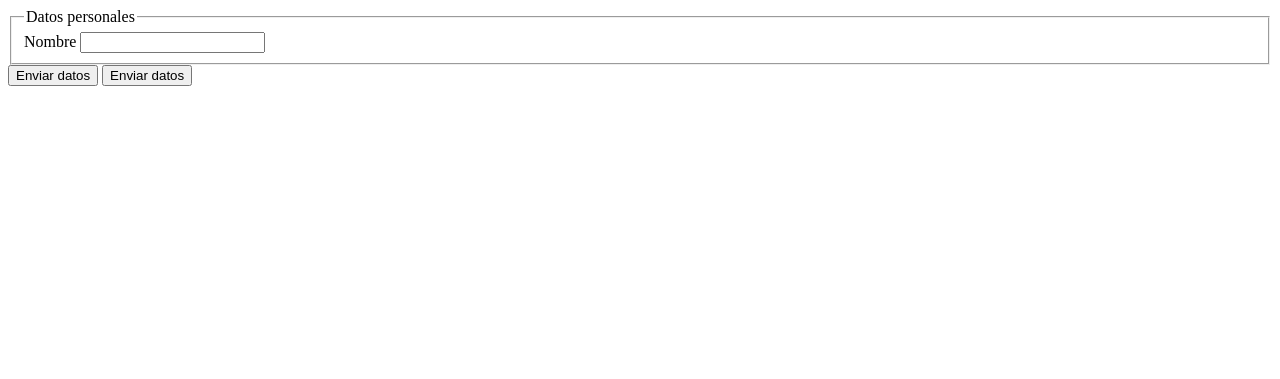
Repository: Daniel-gc271/Acceso-a-datos
Page: webapp-example/src/main/webapp/Ej5-post.html
These files come from the project's save history. The page is drawn as it stood at one moment and after the next save; the edit follows.
The browser window is 1280 px wide. The pictures show the whole page.

Above is the page before, as saved 2026-10-05 09:57:34.

### webapp-example/src/main/webapp/Ej5-post.html
<!DOCTYPE html>
<html>
<head>
<meta charset="UTF-8">
<title>Insert title here</title>
</head>
<body>
	<form action = "Ej5Post_ejemplo">
	<fieldset>
		<legend>Datos personales</legend>

		<label for="nombre">Nombre</label>
		<input type="text" name="nombre" id="nombre">

	</fieldset>

	<button type="submit">Enviar datos</button>
	<button type="submit">Enviar datos</button>
</form>

</body>
</html>

After the next save:
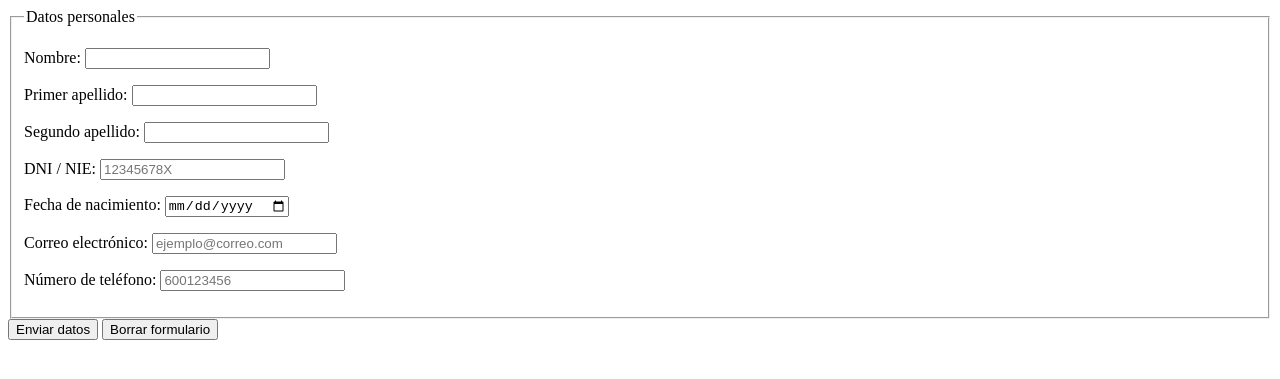
Saved 57 s later.
--- a/webapp-example/src/main/webapp/Ej5-post.html
+++ b/webapp-example/src/main/webapp/Ej5-post.html
@@ -5,18 +5,57 @@
 <title>Insert title here</title>
 </head>
 <body>
-	<form action = "Ej5Post_ejemplo">
+	<form action="Ej5Post_ejemplo" method="post">
 	<fieldset>
 		<legend>Datos personales</legend>
 
-		<label for="nombre">Nombre</label>
-		<input type="text" name="nombre" id="nombre">
+		<!-- Nombre -->
+		<p>
+			<label for="nombre">Nombre:</label>
+			<input type="text" name="nombre" id="nombre" required>
+		</p>
+
+		<!-- Apellidos -->
+		<p>
+			<label for="apellido1">Primer apellido:</label>
+			<input type="text" name="apellido1" id="apellido1" required>
+		</p>
+		<p>
+			<label for="apellido2">Segundo apellido:</label>
+			<input type="text" name="apellido2" id="apellido2">
+		</p>
+
+		<!-- DNI / NIE -->
+		<p>
+			<label for="dni">DNI / NIE:</label>
+			<input type="text" name="dni" id="dni" placeholder="12345678X">
+		</p>
+
+		<!-- Fecha de nacimiento -->
+		<p>
+			<label for="nacimiento">Fecha de nacimiento:</label>
+			<input type="date" name="nacimiento" id="nacimiento">
+		</p>
+
+		<!-- Correo electrónico -->
+		<p>
+			<label for="email">Correo electrónico:</label>
+			<input type="email" name="email" id="email" placeholder="ejemplo@correo.com">
+		</p>
+
+		<!-- Número de teléfono -->
+		<p>
+			<label for="telefono">Número de teléfono:</label>
+			<input type="tel" name="telefono" id="telefono" placeholder="600123456">
+		</p>
 
 	</fieldset>
 
+	<!-- Botones de acción -->
 	<button type="submit">Enviar datos</button>
-	<button type="submit">Enviar datos</button>
+	<button type="reset">Borrar formulario</button>
 </form>
+
 
 </body>
 </html>
